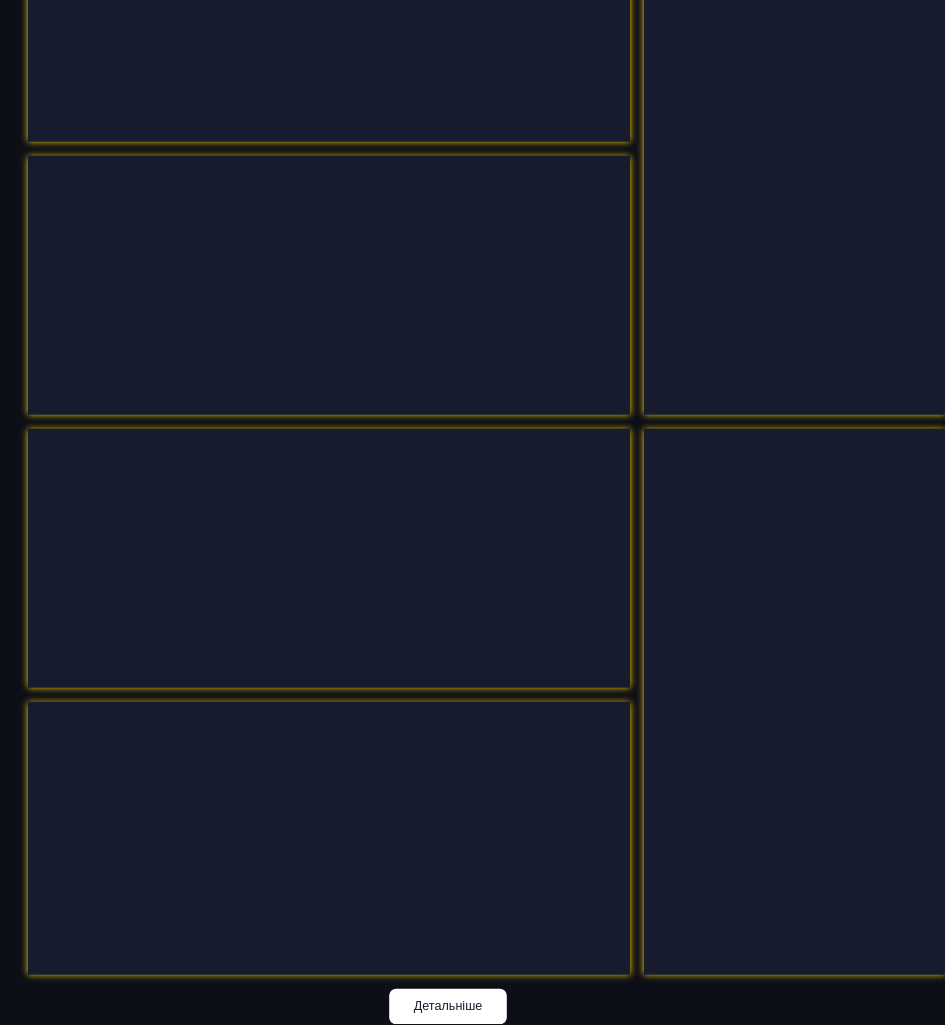
Repository: qtqqrdy13/cv-2
Page: index.html
An editor plug-in stored every save of this project. The page is shown before and after the next save, followed by the edit.
The browser window is 1280 px wide. The page is 1350 px wide, so the pictures cover 1350 px, including what lies to the right of the window. The pictures show the part of the page from y = 3148 to 4988 px (the page is 4612 px tall before and 4988 px after), at 70% of full size.

Above is the page before, as saved 2023-10-09 18:17:51.

After the next save:
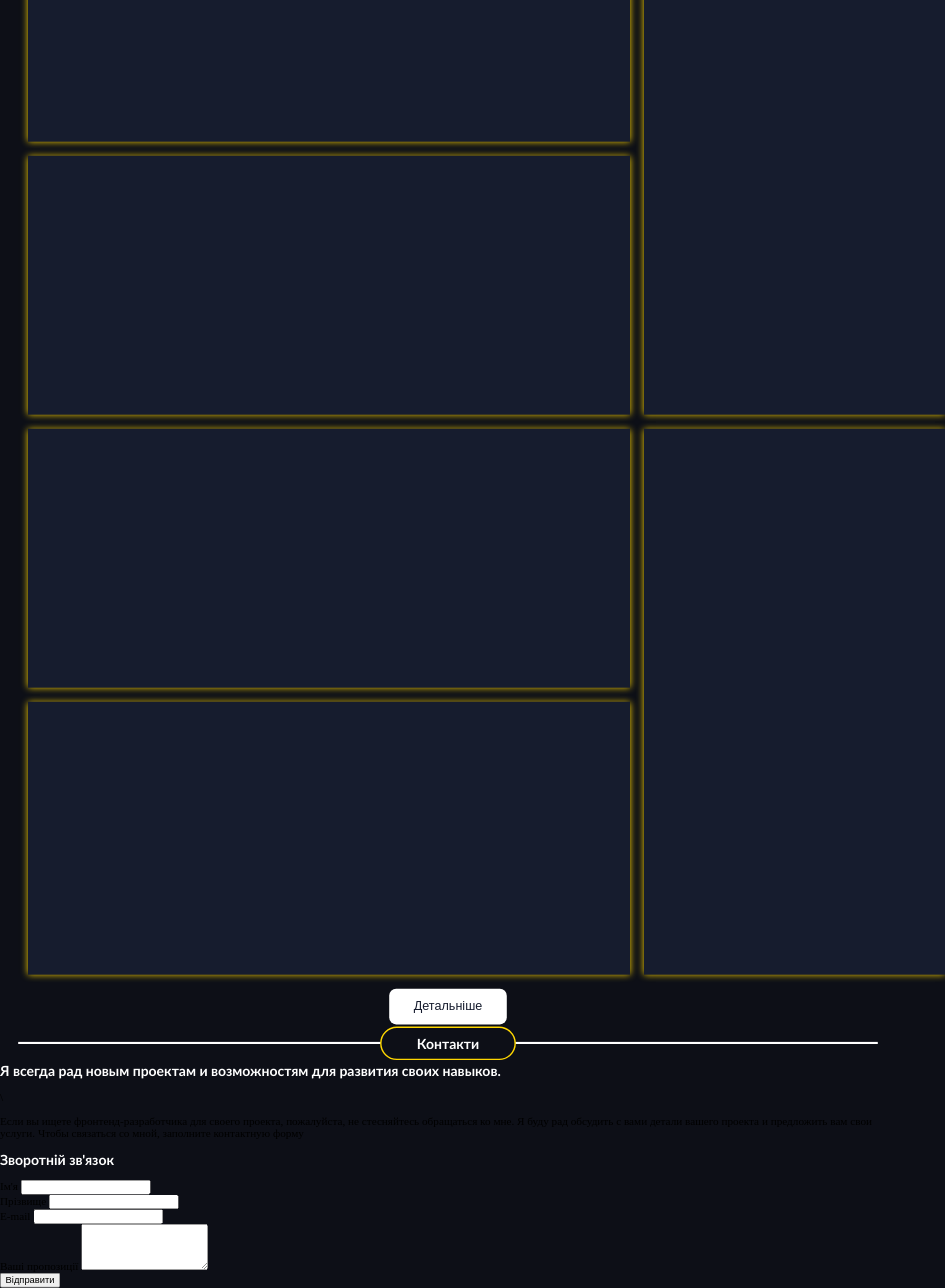
Saved 14 min 19 s later.
--- a/index.html
+++ b/index.html
@@ -142,7 +142,49 @@
     <button>Детальніше</button>
     </div>
     <!--Portfolio-->
+<!--Edge-->
+<div id="about_us">
+    <div class="announcement">
+        <h2 class="title">
+            Контакти
+        </h2>
+    </div>
+    <!--Contacts-->
+    <div class="container_contacts">
+        <div class="text_contacts">
+            <h2>Я всегда рад новым проектам и возможностям для развития своих навыков. </h2>\
+            <p>Если вы ищете фронтенд-разработчика для своего проекта, пожалуйста, не стесняйтесь обращаться ко мне. Я буду рад обсудить с вами детали вашего проекта и предложить вам свои услуги.
 
+                Чтобы связаться со мной, заполните контактную форму</p>
+
+        </div>
+        <div class="form">
+            <h2>Зворотній зв'язок</h2>
+            <form action="#" method="post">
+                <div class="form_group">
+                    <label for="Ім'я">Ім'я</label>
+                    <input type="text" id="name" name="Ім'я" required>
+                </div>
+                <div class="form_group">
+                    <label for="Прізвище">Прізвище</label>
+                    <input type="text" id="lastname" name="Прізвище" required>
+                </div>
+                <div class="form_group">
+                    <label for="E-mail">E-mail</label>
+                    <input type="text" id="E-mail" name="E-mail" required>
+                </div>
+                <div class="form_group">
+                    <label for="Ваші пропозиції">Ваші пропозиції</label>
+                    <textarea id="message" name="message" rows="4" required></textarea>
+                </div>
+                <div class="form_group">
+                    <button type="submit">
+                        Відправити
+                    </button>
+                </div>
+            </form>
+        </div>
+    </div>
 
 
 </body>
